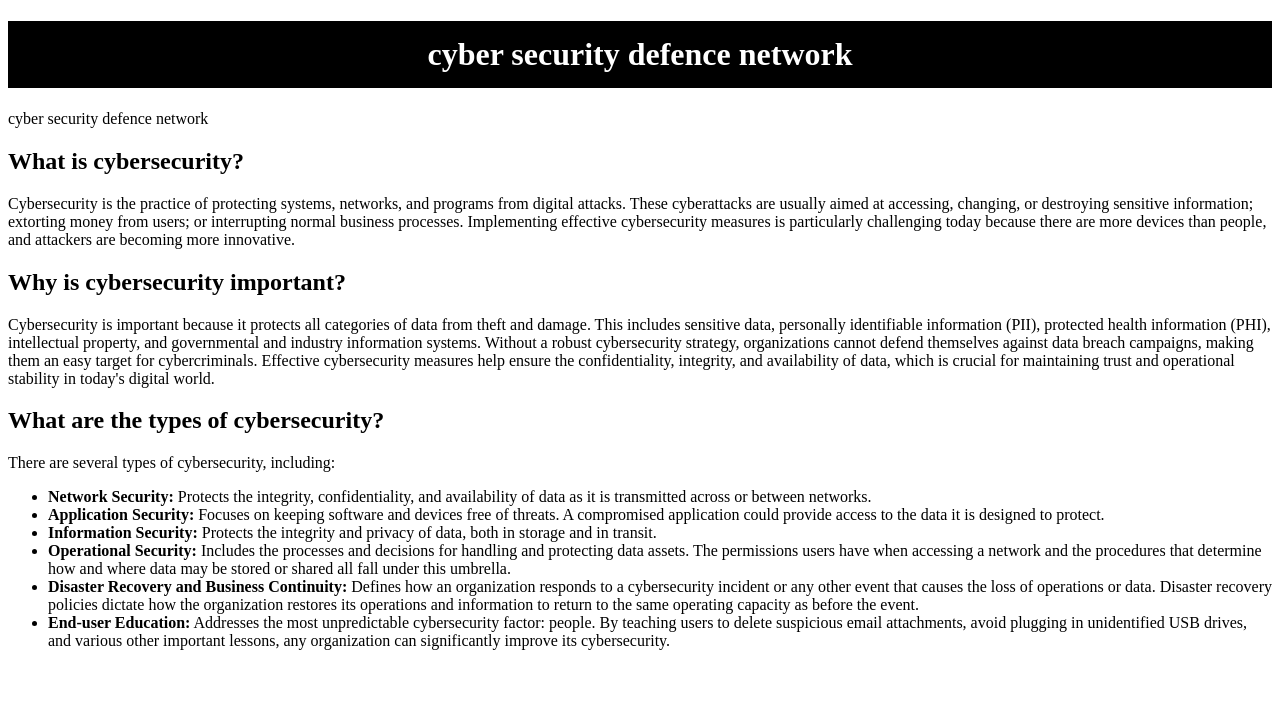
Repository: newworldhost/nwh
Page: index.html
These files come from the project's save history. The page is drawn as it stood at one moment and after the next save; the edit follows.
The browser window is 1280 px wide. The pictures show the whole page.

Above is the page before, as saved 2025-03-04 15:40:09.

### index.html
<!DOCTYPE html>
<html lang="en">
<head>
    <meta charset="UTF-8">
    <meta name="viewport" content="width=device-width, initial-scale=1.0">
    <meta name="author" content="cyber security defence network">
    <meta name="description" content="cyber security defence network">
    <meta name="keywords" content="cyber security defence network">
    <link rel="stylesheet" href="style.css">
    <title>cyber security defence network</title>
</head>
<body>
    <h1>cyber security defence network</h1>
    <p>cyber security defence network</p>
    <h2>What is cybersecurity?</h2>
    <p>Cybersecurity is the practice of protecting systems, networks, and programs from digital attacks. These cyberattacks are usually aimed at accessing, changing, or destroying sensitive information; extorting money from users; or interrupting normal business processes. Implementing effective cybersecurity measures is particularly challenging today because there are more devices than people, and attackers are becoming more innovative.</p>
    <h2>Why is cybersecurity important?</h2>
    <p>Cybersecurity is important because it protects all categories of data from theft and damage. This includes sensitive data, personally identifiable information (PII), protected health information (PHI), intellectual property, and governmental and industry information systems. Without a robust cybersecurity strategy, organizations cannot defend themselves against data breach campaigns, making them an easy target for cybercriminals. Effective cybersecurity measures help ensure the confidentiality, integrity, and availability of data, which is crucial for maintaining trust and operational stability in today's digital world.</p>
    <h2>What are the types of cybersecurity?</h2>
    <p>There are several types of cybersecurity, including:</p>
    <ul>
        <li><strong>Network Security:</strong> Protects the integrity, confidentiality, and availability of data as it is transmitted across or between networks.</li>
        <li><strong>Application Security:</strong> Focuses on keeping software and devices free of threats. A compromised application could provide access to the data it is designed to protect.</li>
        <li><strong>Information Security:</strong> Protects the integrity and privacy of data, both in storage and in transit.</li>
        <li><strong>Operational Security:</strong> Includes the processes and decisions for handling and protecting data assets. The permissions users have when accessing a network and the procedures that determine how and where data may be stored or shared all fall under this umbrella.</li>
        <li><strong>Disaster Recovery and Business Continuity:</strong> Defines how an organization responds to a cybersecurity incident or any other event that causes the loss of operations or data. Disaster recovery policies dictate how the organization restores its operations and information to return to the same operating capacity as before the event.</li>
        <li><strong>End-user Education:</strong> Addresses the most unpredictable cybersecurity factor: people. By teaching users to delete suspicious email attachments, avoid plugging in unidentified USB drives, and various other important lessons, any organization can significantly improve its cybersecurity.</li>
    </ul>
</body>
</html>

### style.css
h1 {
    text-align: center;
    background-color: black;
    color:white;
    padding:15px;
}

After the next save:
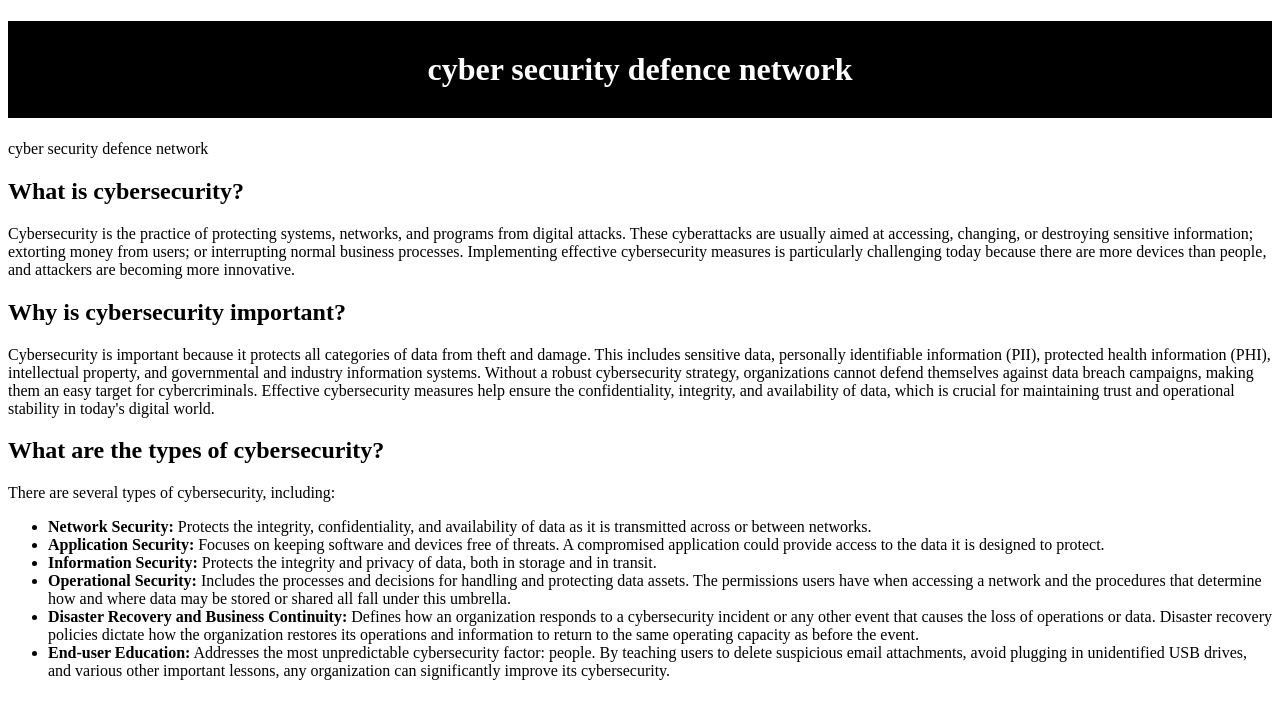
Saved 11 s later.
--- a/style.css
+++ b/style.css
@@ -2,5 +2,5 @@ h1 {
     text-align: center;
     background-color: black;
     color:white;
-    padding:15px;
+    padding:30px;
 }
